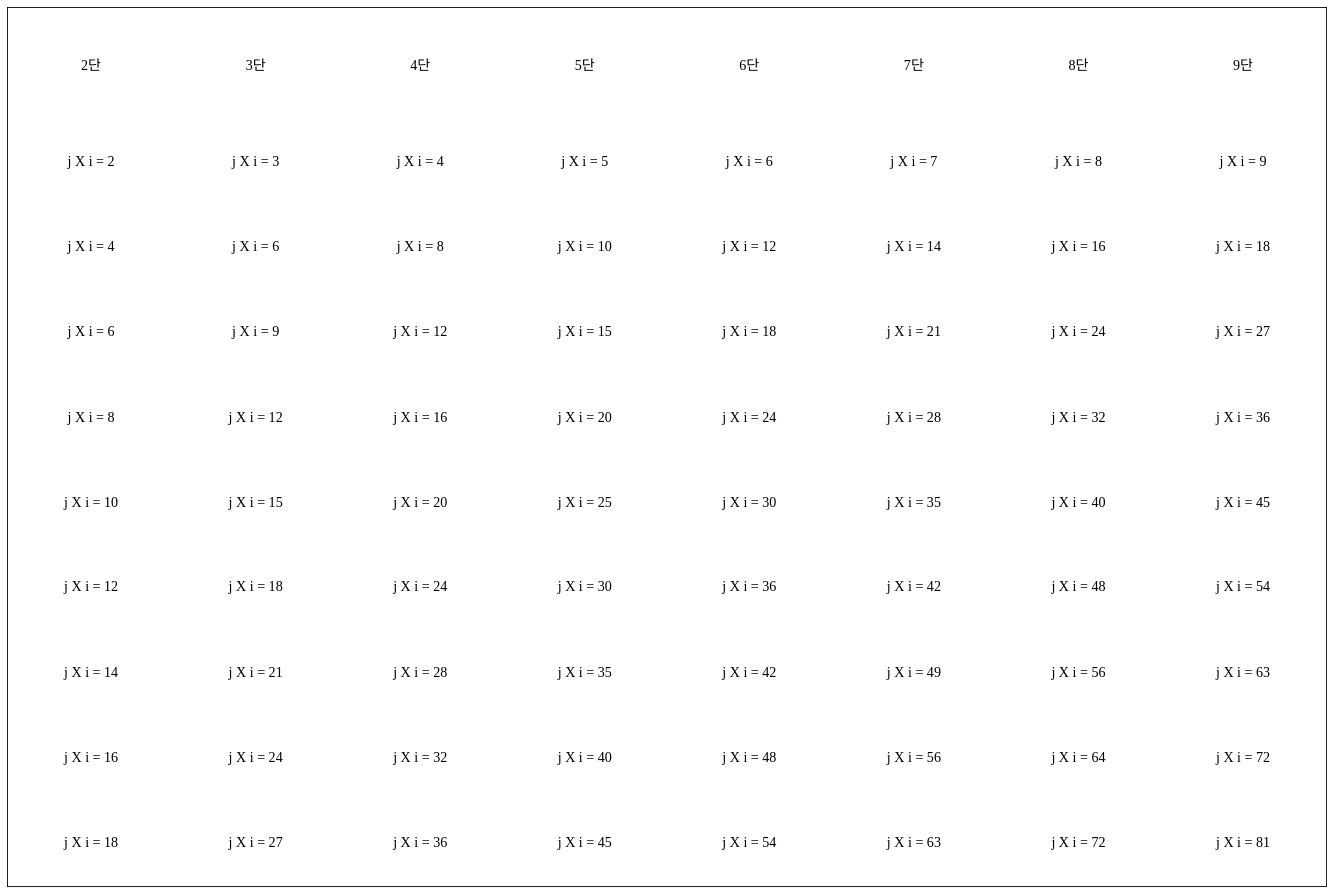
Repository: song-bean/Web_song
Page: 03_JavaScript/src/main/webapp/01_basic/Ex13_송나영.html
An editor plug-in stored every save of this project. The page is shown before and after the next save, followed by the edit.
The browser window is 1280 px wide. The page is 1508 px wide, then 1280 px, then 1508 px, so the pictures cover 1508 px, including what lies to the right of the window. The pictures show the whole page, at 88% of full size.

Above is the page before, as saved 2023-02-24 08:12:36.

### 03_JavaScript/src/main/webapp/01_basic/Ex13_송나영.html
<!DOCTYPE html>
<html>
<head>
<meta charset="UTF-8">
<title>Ex13</title>
<style type="text/css">
	table{
		border : 1px solid black;
		width: 1500px;
		height: 1000px;
		text-align: center;
	}
</style>
<script type="text/javascript">
	document.write("<table>");
	document.write("<tr>");
	for(i=2;i<10;i++) {
		document.write("<td>" + i + "단</td>");
	}
	document.write("</tr>");

	for(i=1;i<10;i++) {
		document.write("<tr>");
		for(j=2;j<10;j++) {
			document.write("<td>" + "j X i = " + (j*i) + "</td>");
		}
		document.write("</tr>");
	}

	document.write("</table>");

</script>
</head>
<body>
	<!-- <table>
		<tr >
			<td>가</td>
			<td>나</td>
			<td>다</td>
		</tr>

		<tr>
			<td>라</td>
			<td>마</td>
			<td>바</td>
		</tr>
	</table> -->
</body>
</html>

After the next save:
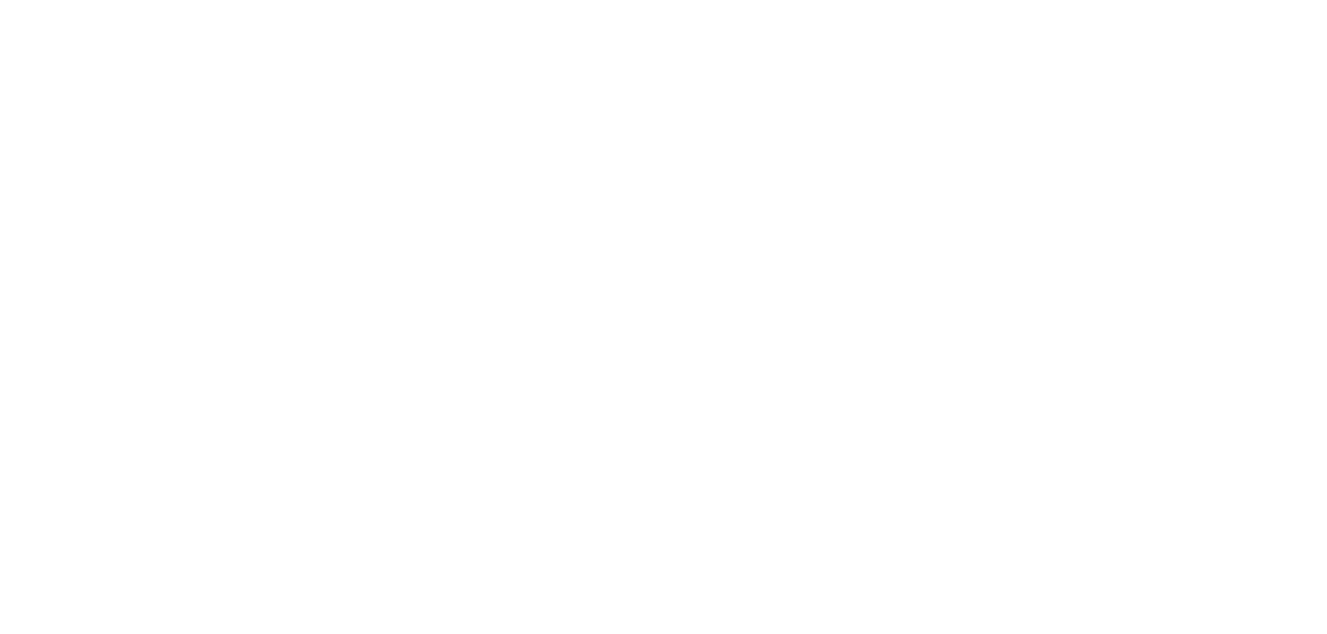
Console error (its wording comes from the project's code and is left out).
Saved 52 s later.
--- a/03_JavaScript/src/main/webapp/01_basic/Ex13_송나영.html
+++ b/03_JavaScript/src/main/webapp/01_basic/Ex13_송나영.html
@@ -22,7 +22,7 @@
 	for(i=1;i<10;i++) {
 		document.write("<tr>");
 		for(j=2;j<10;j++) {
-			document.write("<td>" + "j X i = " + (j*i) + "</td>");
+			document.write("<td>" + j + " X " + i + " = + (j*i) + "</td>");
 		}
 		document.write("</tr>");
 	}

After the save that followed:
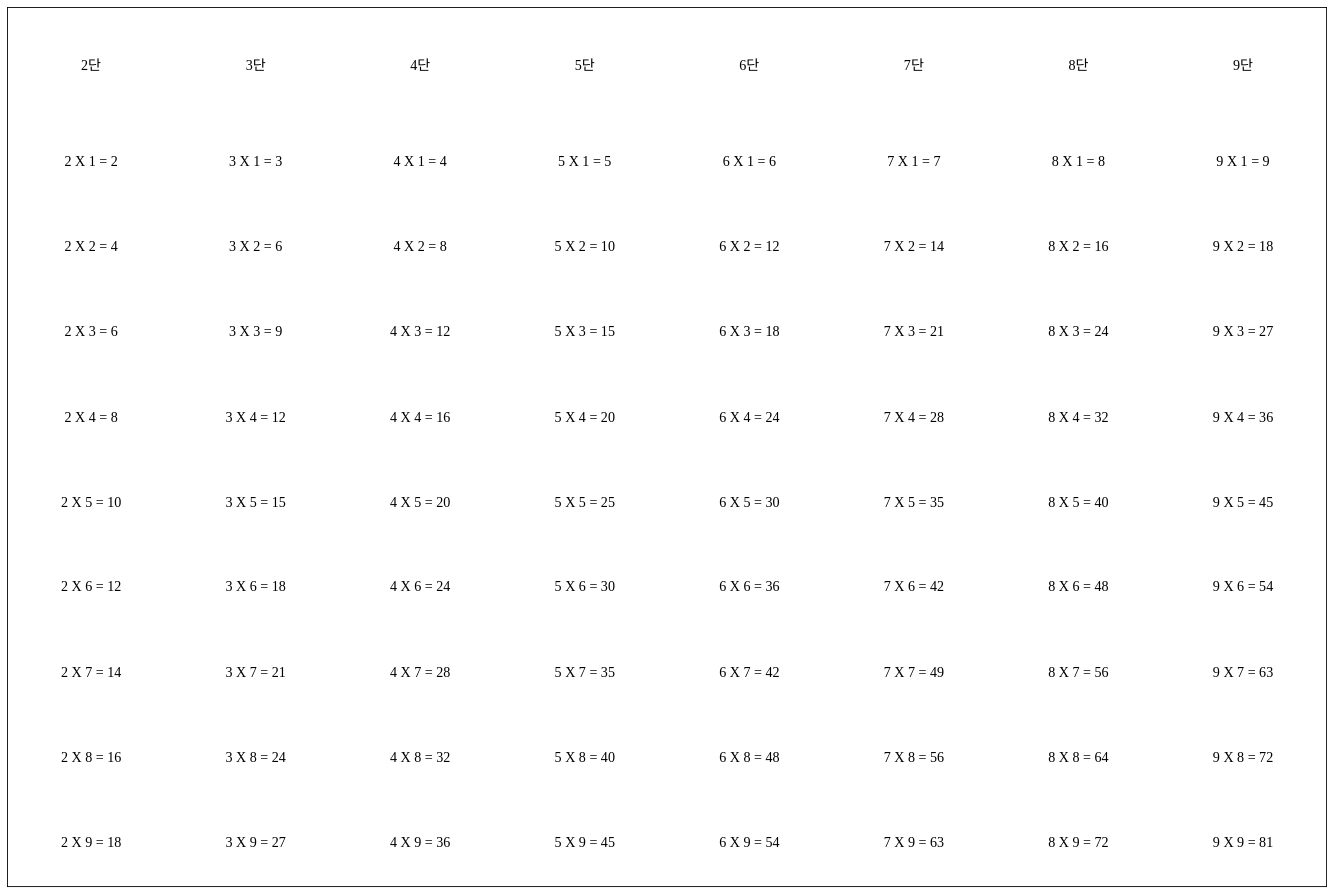
The error is gone.
Saved 12 s later.
--- a/03_JavaScript/src/main/webapp/01_basic/Ex13_송나영.html
+++ b/03_JavaScript/src/main/webapp/01_basic/Ex13_송나영.html
@@ -22,7 +22,7 @@
 	for(i=1;i<10;i++) {
 		document.write("<tr>");
 		for(j=2;j<10;j++) {
-			document.write("<td>" + j + " X " + i + " = + (j*i) + "</td>");
+			document.write("<td>" + j + " X " + i + " = "+ (j*i) + "</td>");
 		}
 		document.write("</tr>");
 	}
